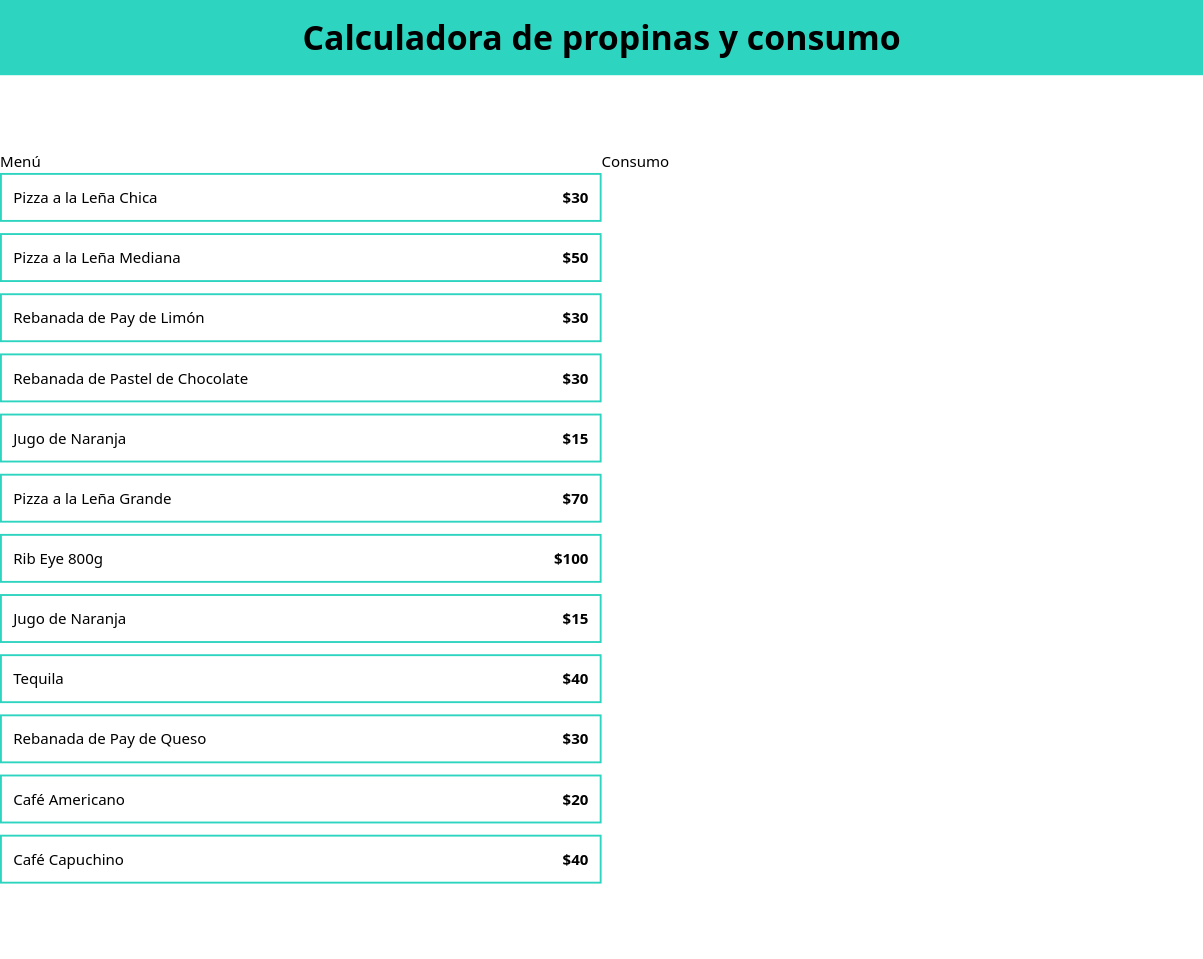
Repository: Samuel-Leal96/calculador_propinas
Page: /
An editor plug-in stored every save of this project. The page is shown before and after the next save, followed by the edit.
The browser window is 1280 px wide. The pictures show the whole page, at 94% of full size.
The project was rebuilt for these pictures with package versions that can differ from the ones it lists, and the page was loaded fresh each time. Also part of the build but not shown: vite.config.ts.

Above is the page before, as saved 2025-10-20 17:16:11.

### index.html
<!doctype html>
<html lang="en">
  <head>
    <meta charset="UTF-8" />
    <link rel="icon" type="image/svg+xml" href="/vite.svg" />
    <meta name="viewport" content="width=device-width, initial-scale=1.0" />
    <title>calculaora_propinas</title>
  </head>
  <body>
    <div id="root"></div>
    <script type="module" src="/src/main.tsx"></script>
  </body>
</html>

### src/App.tsx
import MenuItem from "./components/MenuItem";
import { menuItems } from "./data/db";

function App() {

  return (
    <>
      <header className="bg-teal-400 p-5">
        <h1 className="text-center text-4xl font-black">Calculadora de propinas y consumo</h1>
      </header>

      <main className="max-w-7xl mx-auto py-20 grid md:grid-cols-2">
        <div>
          <h2>Menú</h2>

          <div className="space-y-3">
            {menuItems.map((item) => (
              <MenuItem key={item.id}
                item={item}
              />
            ))}
          </div>

        </div>

        <div>
          <h2>Consumo</h2>

        </div>

      </main>
    </>
  )
}

export default App

### src/components/MenuItem.tsx
import type { MenuItem } from "../types";

type MenuItemProps = {
    item: MenuItem;
}

export default function MenuItem({ item }: MenuItemProps) {
    return (
        <button
            className="border-2 border-teal-400 hover:bg-teal-200 w-full p-3 flex justify-between items-center"
        >
            <p>{item.name}</p>
            <p className="font-black">${item.price}</p>
        </button>
    )
}

### src/data/db.ts
import type { MenuItem } from "../types";

export const menuItems: MenuItem[] = [
    {
      "id": 1,
      "name": "Pizza a la Leña Chica",
      "price": 30
    },
    {
      "id": 2,
      "name": "Pizza a la Leña Mediana",
      "price": 50
    },
    {
      "id": 3,
      "name": "Rebanada de Pay de Limón",
      "price": 30
    },
    {
      "id": 4,
      "name": "Rebanada de Pastel de Chocolate",
      "price": 30
    },
    {
      "id": 5,
      "name": "Jugo de Naranja",
      "price": 15
    },
    {
      "id": 6,
      "name": "Pizza a la Leña Grande",
      "price": 70
    },
    {
      "id": 7,
      "name": "Rib Eye 800g",
      "price": 100
    },
    {
      "id": 8,
      "name": "Jugo de Naranja",
      "price": 15
    },
    {
      "id": 9,
      "name": "Tequila",
      "price": 40
    },
    {
      "id": 10,
      "name": "Rebanada de Pay de Queso",
      "price": 30
    },
    {
      "id": 11,
      "name": "Café Americano",
      "price": 20
    },
    {
      "id": 12,
      "name": "Café Capuchino",
      "price": 40
    }
]

Loaded but not shown: src/main.tsx (common file); src/index.css (common file); tailwind.config.js (common file)

After the next save:
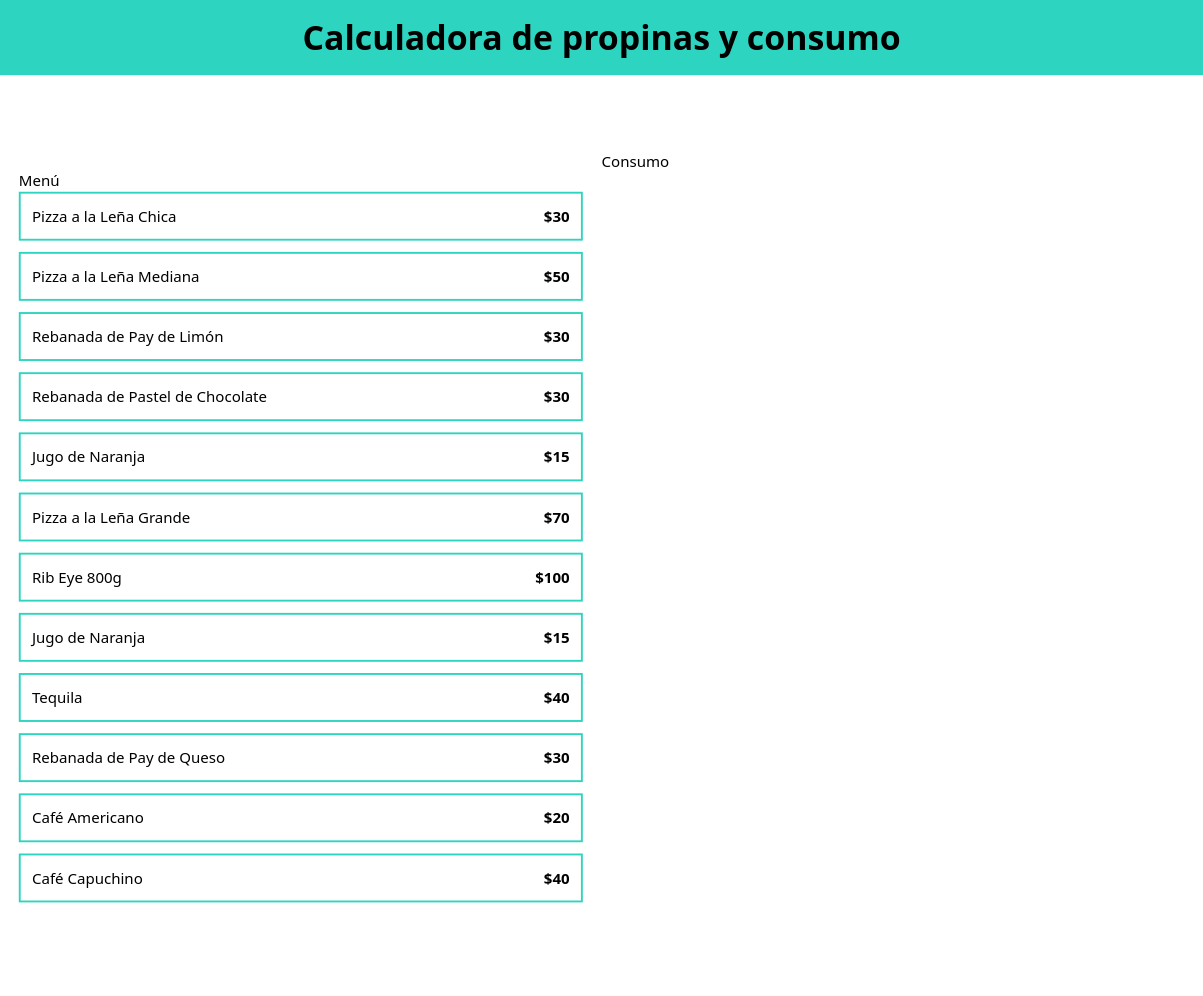
Saved 27 s later.
--- a/src/App.tsx
+++ b/src/App.tsx
@@ -10,7 +10,7 @@ function App() {
       </header>
 
       <main className="max-w-7xl mx-auto py-20 grid md:grid-cols-2">
-        <div>
+        <div className="p-5">
           <h2>Menú</h2>
 
           <div className="space-y-3">
